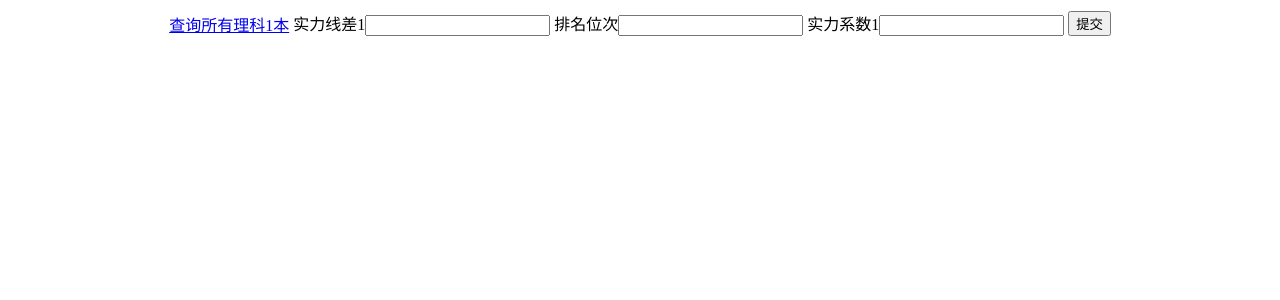
Repository: ClearLove007/Zhiyuan
Page: http://localhost/Zhiyuan/home.jsp
These files come from the project's save history. The page is drawn as it stood at one moment and after the next save; the edit follows.
The browser window is 1280 px wide. The pictures show the whole page.
The page is served by Tomcat 9. Nobody is signed in. The application's start-up code is not run.

Above is the page before, as saved 2019-06-10 15:21:59.

After the next save:
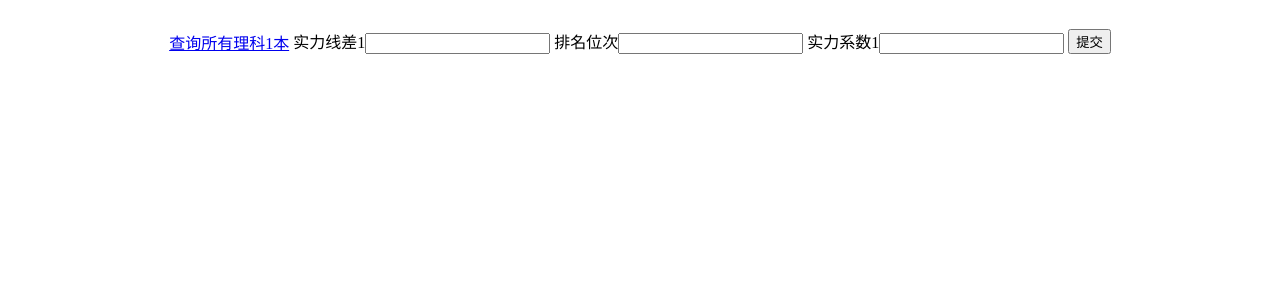
Saved 33 s later.
--- a/Zhiyuan/WebContent/home.jsp
+++ b/Zhiyuan/WebContent/home.jsp
@@ -28,7 +28,7 @@
 	<form action="" onsubmit="test1()">
 		<table align="center">
 			<tr>
-				<td><a href="<%= request.getContextPath()%>/like1/findAll">查询所有理科1本</a></td>
+				<td><a href="<%= request.getContextPath()%>/like1/findAll">查询所有理科1本</a></td>&nbsp;&nbsp;
 				<td><label>实力线差1</><input id="num1" type="text"></input></td>
 				<td><label>排名位次</label><input id="num2" type="text"></input></td>
 				<td><label>实力系数1</label><input id="num3" type="text"></input></td>

After the 2 saves that followed:
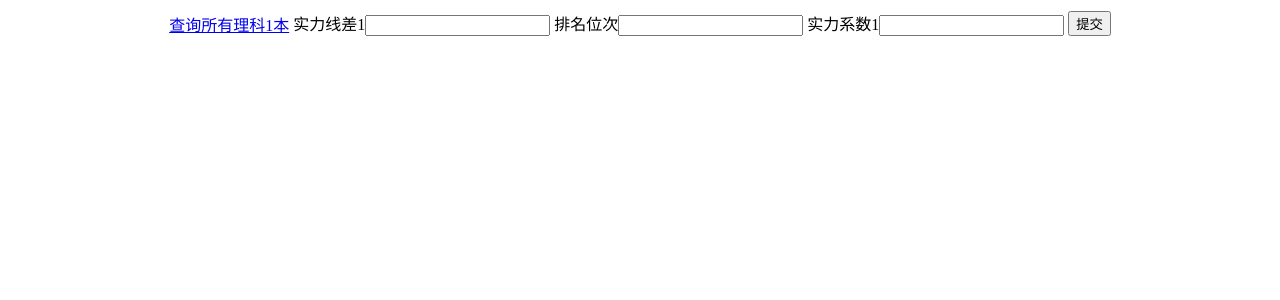
The 2 saves are shown as one change because 1 left the picture as it was.
The last was saved 91 s later.
--- a/Zhiyuan/WebContent/home.jsp
+++ b/Zhiyuan/WebContent/home.jsp
@@ -28,7 +28,7 @@
 	<form action="" onsubmit="test1()">
 		<table align="center">
 			<tr>
-				<td><a href="<%= request.getContextPath()%>/like1/findAll">查询所有理科1本</a></td>&nbsp;&nbsp;
+				<td><a href="<%= request.getContextPath()%>/like1/findAll">查询所有理科1本</a></td>
 				<td><label>实力线差1</><input id="num1" type="text"></input></td>
 				<td><label>排名位次</label><input id="num2" type="text"></input></td>
 				<td><label>实力系数1</label><input id="num3" type="text"></input></td>
